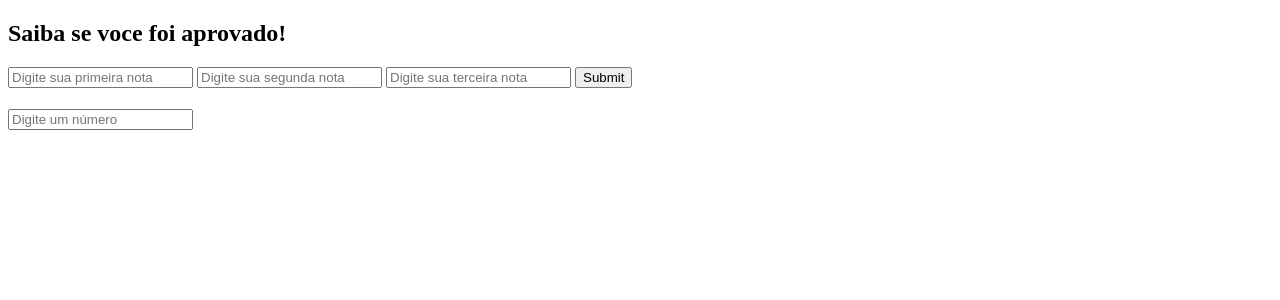
Repository: gimoli/logica1
Page: index.html
The author's editor kept a copy of each file at every save. The page is drawn from the files as they stood at one save, then again after a run of saves.
The browser window is 1280 px wide. The pictures show the whole page.

Above is the page before, as saved 2025-04-30 09:25:23.
Console error: SyntaxError: Identifier 'nota1' has already been declared

After the next 5 saves:
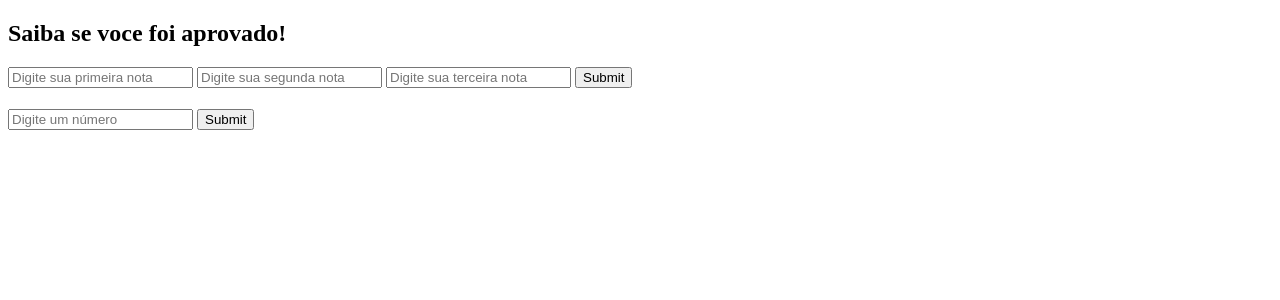
The 5 saves are shown as one change because they came seconds apart.
The last was saved 15 s later.
--- a/index.html
+++ b/index.html
@@ -16,7 +16,7 @@
     </div>
     <div>
         <input type="number" id="numberInput" placeholder="Digite um número" />
-
+        <input type="submit"
     </div>
     <script src="app.js"></script>
 </body>
